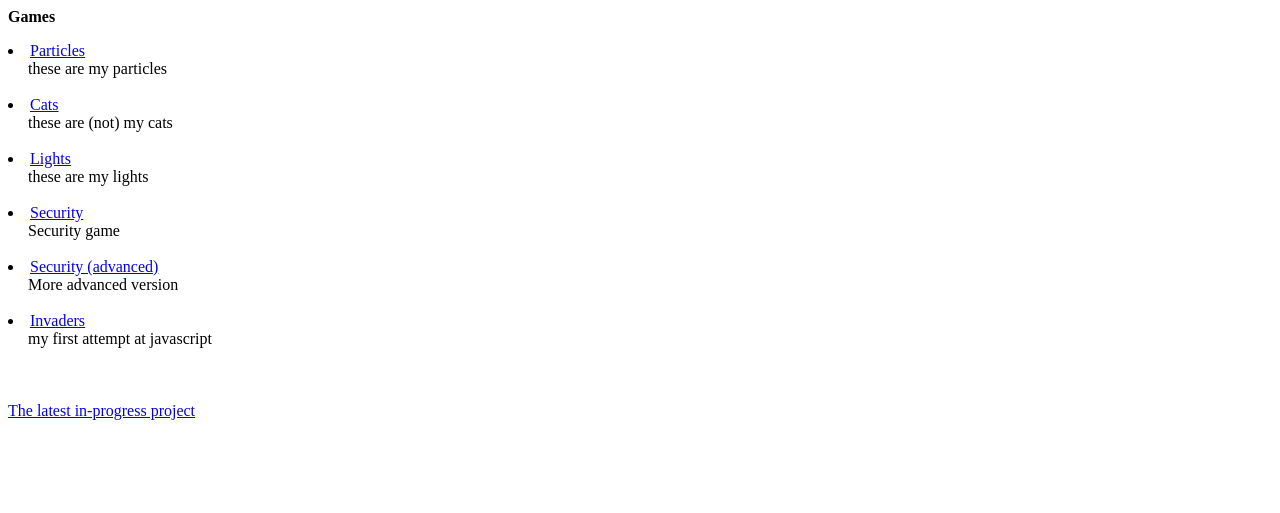
Repository: StevenZsombo/games
Page: docs/index.html
An editor plug-in stored every save of this project. The page is shown before and after the next save, followed by the edit.
The browser window is 1280 px wide. The pictures show the whole page.

Above is the page before, as saved 2025-07-04 11:50:37.

After the next save:
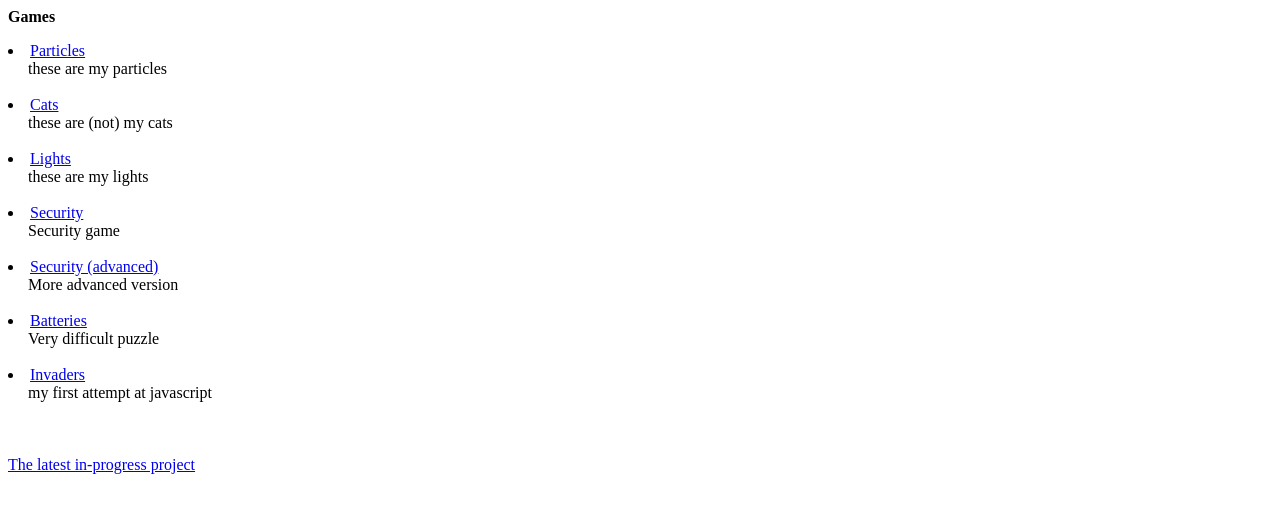
Saved 10 min 22 s later.
--- a/docs/index.html
+++ b/docs/index.html
@@ -16,6 +16,7 @@
             lights: ["lights/index.html", "Lights", "these are my lights"],
             sec1: ["security1/index.html", "Security", "Security game"],
             sec2: ["security2/index.html", "Security (advanced)", "More advanced version"],
+            batteries: ["batteries/batteries.html", "Batteries", "Very difficult puzzle"],
             invaders: ["invaders/invaders.html", "Invaders", "my first attempt at javascript"]
 
         }
